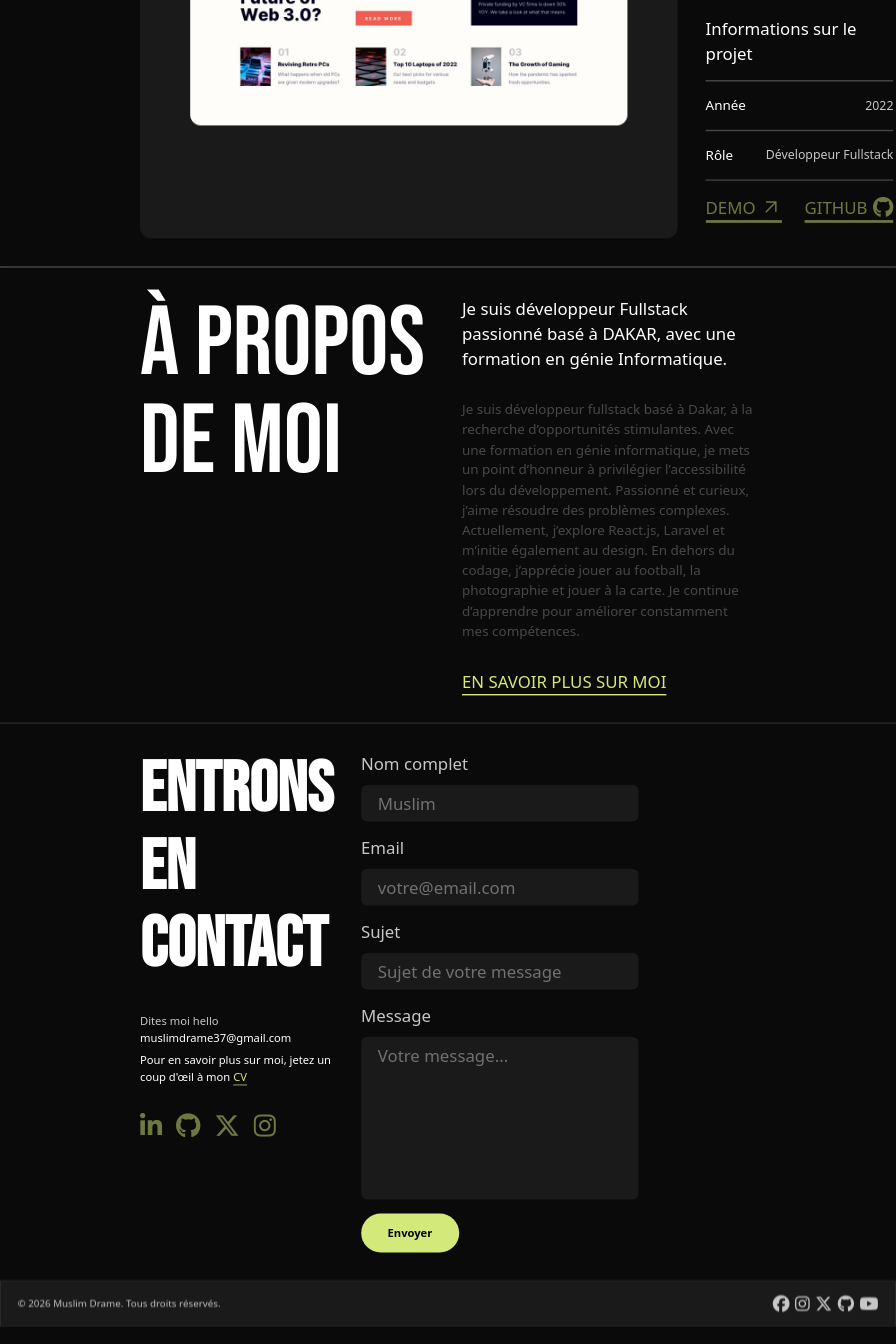
Repository: muslimdrame37-oss/Portfolio1
Page: src/index.html
The author's editor kept a copy of each file at every save. The page is drawn from the files as they stood at one save, then again after the next save.
The browser window is 1280 px wide. The pictures show the part of the page from y = 2998 to 4918 px (the page is 4918 px tall), at 70% of full size.
Some web fonts or font styles are not loaded; a fallback is used. Some web libraries are served in a nearby version.

Above is the page before, as saved 2026-02-11 16:24:30.

### src/index.html
<!doctype html>
<html lang="fr">
<head>
    <meta charset="UTF-8">
    <meta name="viewport" content="width=device-width, initial-scale=1.0">
    <meta name="description" content="Portfolio de Muslim Drame - Développeur Fullstack basé à Dakar">
    <title>Muslim Drame - Développeur Fullstack</title>

    <!-- Fonts -->
    <link rel="stylesheet" href="https://fonts.googleapis.com/css2?family=Bebas+Neue&display=swap">
    <link rel="stylesheet" href="https://fonts.googleapis.com/css2?family=Material+Symbols+Outlined:opsz,wght,FILL,GRAD@20..48,100..700,0..1,-50..200&icon_names=arrow_outward">

    <!-- Styles -->
    <link href="./output.css" rel="stylesheet">

    <!-- Icons -->
    <script src="https://kit.fontawesome.com/31ee52f68e.js" crossorigin="anonymous"></script>
</head>

<body class="bg-[#0A0A0A]">
    <!-- ========== HEADER ========== -->
    <header class="flex items-center justify-between py-4 px-5 lg:px-20">
        <h1 class="text-[#C7C7C7] text-[2rem] lg:text-4xl font-bebas">MUSLIM DRAME</h1>

        <!-- Navigation Desktop -->
        <nav class="hidden lg:flex justify-between py-8 text-[#C7C7C7] text-[1.2rem]" aria-label="Navigation principale">
            <ul class="flex gap-10">
                <li><a href="index.html" class="hover:text-[#D3E97A] transition-colors">Projets</a></li>
                <li><a href="a_propos.html" class="hover:text-[#D3E97A] transition-colors">À propos</a></li>
                <li><a href="#contact" class="hover:text-[#D3E97A] transition-colors">Contact</a></li>
            </ul>
        </nav>

        <!-- Menu Mobile -->
        <button class="lg:hidden" aria-label="Menu mobile">
            <svg xmlns="http://www.w3.org/2000/svg" height="40px" viewBox="0 -960 960 960" width="40px" fill="#484848">
                <path d="M120-680v-80h720v80H120Zm0 480v-80h720v80H120Zm0-240v-80h720v80H120Z"/>
            </svg>
        </button>
    </header>

    <!-- ========== MAIN CONTENT ========== -->
    <main>

        <!-- ========== SECTION HERO ========== -->
        <section class="px-5 mt-20 flex flex-col justify-between gap-10 lg:flex-row lg:px-50" aria-label="Section d'accueil">
            <!-- Contenu texte -->
            <div class="flex flex-col gap-5 justify-center lg:w-1/2">
                <h2 class="text-white text-[3rem] lg:text-[6rem] lg:font-bold lg:leading-30 leading-15 font-bebas">HI, I AM<br>MUSLIM DRAME</h2>
                <p class="text-1xl text-[#C7C7C7] lg:text-2xl">
                    Un développeur fullstack basé à Dakar, passionné par la création de sites web accessibles et conviviaux.
                </p>

                <!-- Boutons d'action -->
                <div class="flex gap-3 items-center">
                    <!-- Bouton Contact -->
                    <a href="#contact" class="bg-[#D3E97A] flex justify-between items-center pl-2 text-black font-bold text-[1rem] rounded-[100px] gap-1 lg:gap-3 py-2 lg:py-4 lg:text-[1.5rem] lg:pl-4 hover:bg-[#c5db6f] transition-colors">
                        CONTACTEZ-MOI
                        <span class="w-11 h-10 flex items-center justify-center">
                            <span class="bg-black w-4 h-4 rounded-full lg:w-7 lg:h-7"></span>
                        </span>
                    </a>

                    <!-- Réseaux sociaux -->
                    <a href="#" class="w-10 h-10 rounded-full bg-[#222222] flex justify-center items-center lg:w-15 lg:h-15 hover:bg-[#333333] transition-colors" aria-label="LinkedIn">
                        <i class="fa-brands fa-linkedin-in text-[#D3E97A] text-2xl lg:text-4xl animate-pulse"></i>
                    </a>
                    <a href="#" class="w-10 h-10 rounded-full bg-[#222222] flex justify-center items-center lg:w-15 lg:h-15 hover:bg-[#333333] transition-colors" aria-label="GitHub">
                        <i class="fa-brands fa-github text-2xl lg:text-4xl text-[#D3E97A] animate-pulse"></i>
                    </a>
                </div>
            </div>

            <!-- Image hero -->
            <div class="bg-[#C7C7C7] rounded-2xl overflow-hidden">
                <img src="image/image1.png" alt="Portrait de Muslim Drame" width="880" class="w-full h-auto">
            </div>
        </section>

        <!-- Séparateur -->
        <hr class="border-[#484848] border-t mt-20">

        <!-- ========== SECTION PROJETS ========== -->

        <section class="flex flex-col px-8 mt-20 lg:px-50">
            <div class="flex flex-col gap-2">
                <h2 class="text-4xl text-white font-extrabold font-bebas lg:text-8xl">PROJETS MIS EN AVANT</h2>
                <p class="text-2xl text-[#C7C7C7] leading-5">Voici une sélection de projets qui illustrent ma passion pour le développement fullstack.</p>
            </div>
            <div class="flex flex-col lg:flex-row gap-10 mt-10 lg:w-[1,224px] justify-center items-center">
                <div>
                    <img src="image/image2.png" alt="" class="w-4xl">
                </div>
                <!-- INFORMATION -->
                <!-- TITRE ET DESCCRIPTION -->
                <div class=" lg:w-200 flex flex-col gap-5 ">
                    <div class="flex flex-col gap-5">
                        <h2 class="text-white text-[2rem] leading-9">Page de destination promotionnelle pour notre émission préférée</h2>
                        <p class="text-[#C7C7C7] leading-7 text-[1.2rem]">J’ai collaboré avec un designer pour donner vie à une page web promotionnelle dédiée à notre série préférée, Adventure Time. J’ai livré un design entièrement responsive avec des contenus dynamiques, intégrant de manière fluide une fonctionnalité d’abonnement à la newsletter afin de tenir les fans informés des dernières aventures.</p>
                    </div>
                    <!-- INFORMATION SUR LE PROJET -->
                    <div class=" flex flex-col gap-5">
                        <h3 class="text-white text-[1.5rem]">Informations sur le projet</h3>
                        <div class="flex flex-col gap-5">
                            <div class="w-full border-[#484848] border"></div>

                            <div class="flex justify-between">
                                <p class="text-white text-[1.2rem]">Année</p>
                                <p class="text-white text-[1.1rem]">2023</p>
                            </div>

                            <div class="w-full border-[#484848] border"></div>

                            <div class="flex justify-between">
                                <p class="text-white text-[1.2rem]">Rôle</p>
                                <p class="text-white text-[1.1rem]">Développeur Fullstack</p>
                            </div>

                            <div class="w-full border-[#484848] border"></div>

                        </div>
                    </div>

                    <!-- LIEN DEMO & GITHUB -->

                    <div class="flex gap-8">
                        <a href="#">
                            <div class="animate-pulse">
                            <div class="flex items-center gap-2 ">
                                <p class="text-[#D3E97A] text-[1.5rem]">DEMO</p>
                                <svg xmlns="http://www.w3.org/2000/svg" height="30px" viewBox="0 -960 960 960" width="30px" fill="#D3E97A"><path d="M246.67-244 200-290.67l402.67-402.66H236V-760h480v480h-66.67v-366.67L246.67-244Z"/></svg>
                            </div>
                            <div class="w-full border-[#D3E97A] border-2"></div>
                        </div>
                        </a>
                        <a href="#">
                            <div class="animate-pulse">
                            <div class="flex items-center gap-2">
                                <p class="text-[#D3E97A] text-[1.5rem]">GITHUB</p>
                                <i class="fa-brands fa-github text-3xl text-[#D3E97A]"></i>
                            </div>
                            <div class="w-full border-[#D3E97A] border-2"></div>
                        </div>
                        </a>

                    </div>
                </div>
            </div>
        </section>

        <!-- PROJET 2 -->

        <section class="flex flex-col px-8 mt-20 gap-8 lg:gap-10 lg:flex-row lg:px-50 items-center">
            <div>
                <img src="image/image3.png" alt="" class="w-4xl">
            </div>
            <div class="lg:w-200 flex flex-col gap-5">
                <div class="flex flex-col gap-5">
                    <h2 class="text-white text-[1.5rem]">Blog pour l’actualité mondiale</h2>
                    <p class="text-[#C7C7C7] text-[1.2rem] leading-7">J'ai maîtrisé les complexités de CSS Grid pour créer une page d'accueil innovante pour un site d'actualités, en prenant des décisions de design complexes afin d'assurer une expérience utilisateur fluide. Ce projet m'a permis de renforcer mes compétences en développement fullstack.</p>
                </div>
                <div class="flex flex-col gap-8">
                    <div class="text-[1.5rem] text-white ">Informations sur le projet</div>
                    <div class="flex flex-col gap-4">
                        <div class="w-full border-[#484848] border "></div>
                        <div class="flex justify-between">
                            <p class="text-white text-[1.2rem]">Client</p>
                            <p class="text-[#C7C7C7] text-[1.1rem]">World News</p>
                        </div>
                        <div class="w-full border-[#484848] border "></div>
                        <div class="flex justify-between">
                            <p class="text-white text-[1.2rem]">Année</p>
                            <p class="text-[#C7C7C7] text-[1.1rem]">2022</p>
                        </div>
                        <div class="w-full border-[#484848] border "></div>
                        <div class="flex justify-between">
                            <p class="text-white text-[1.5rem]">Rôle</p>
                            <p class="text-[#C7C7C7] text-[1.5rem]">Développeur Fullstack</p>
                        </div>
                        <div class="w-full border-[#484848] border "></div>
                    </div>
                </div>
                <a href="#">
                    <div class="flex flex-col animate-pulse">
                    <div class="flex items-center gap-2">
                        <p class="text-[#D3E97A] text-[1.5rem]">DEMO</p>
                        <svg xmlns="http://www.w3.org/2000/svg" height="30px" viewBox="0 -960 960 960" width="30px" fill="#D3E97A"><path d="M246.67-244 200-290.67l402.67-402.66H236V-760h480v480h-66.67v-366.67L246.67-244Z"/></svg>
                    </div>
                    <div class="w-25 border-[#D3E97A] border-2"></div>
                </div>
                </a>
            </div>
        </section>

        <!-- PROJET 3 -->

        <section class="mt-20 flex flex-col px-8 gap-8 lg:gap-10 lg:flex-row lg:px-50 items-center">
            <img src="image/image3.png" alt="" class="w-3xl">
            <div class="lg:w-200 flex flex-col gap-5">
                <div class="flex flex-col gap-5">
                    <h2 class="text-white text-[2rem]">Page produit pour site e-commerce</h2>
                    <p class="text-[#C7C7C7] text-[1.2rem] leading-8 ">J’ai conçu avec succès une page produit attrayante, intégrant une galerie dynamique en lightbox et un panier fonctionnel fluide, démontrant ma maîtrise du développement en JavaScript.</p>
                </div>
                <div class="flex flex-col gap-5">
                    <div class="text-[1.5rem] text-white lg:mt-5 ">Informations sur le projet</div>
                    <div class="flex flex-col gap-5">
                        <div class="w-full border-[#484848] border "></div>
                        <div class="flex justify-between">
                            <p class="text-white text-[1.2rem]">Année</p>
                            <p class="text-[#C7C7C7] text-[1.1rem]">2022</p>
                        </div>
                        <div class="w-full border-[#484848] border "></div>
                        <div class="flex justify-between">
                            <p class="text-white text-[1.2rem]">Rôle</p>
                            <p class="text-[#C7C7C7] text-[1.1rem]">Développeur Fullstack</p>
                        </div>
                        <div class="w-full border-[#484848] border "></div>
                    </div>
                </div>
                <!-- LIEN DÉMO & GITHUB -->
                <div class="flex gap-8 items-center">
                    <a href="#">
                        <div class="animate-pulse">
                        <div class="flex items-center gap-2">
                            <p class="text-[#D3E97A] text-[1.5rem]">DEMO</p>
                            <svg xmlns="http://www.w3.org/2000/svg" height="30px" viewBox="0 -960 960 960" width="30px" fill="#D3E97A"><path d="M246.67-244 200-290.67l402.67-402.66H236V-760h480v480h-66.67v-366.67L246.67-244Z"/></svg>
                    </div>
                    <div class="w-full border-[#D3E97A] border-2"></div>
                    </div>
                    </a>
                    <a href="#">
                        <div class="animate-pulse">
                        <div class="flex items-center gap-2">
                            <p class="text-[#D3E97A] text-[1.5rem]">GITHUB</p>
                            <i class="fa-brands fa-github text-3xl text-[#D3E97A]"></i>
                        </div>
                        <div class="w-full border-[#D3E97A] border-2"></div>
                    </div>
                    </a>
                </div>
            </div>
        </section>

        <!-- À PROPOS DE MOI -->
        <div class="w-full border-[#484848] border my-10"></div>

        <section class=" flex flex-col px-8 gap-5 lg:flex-row lg:gap-10 lg:px-50 justify-between">
            <div class="text-6xl text-white  lg:w-200 lg:text-[140px] font-bebas">À PROPOS DE MOI</div>
            <div class="lg:w-200">
                <div class="flex flex-col gap-10 ">
                    <p class="text-white text-[1.5rem] ">Je suis développeur Fullstack passionné basé à DAKAR, avec une formation en génie Informatique.</p>
                    <div class="text-[#484848] text-[1.2rem]">Je suis développeur fullstack basé à Dakar, à la recherche d’opportunités stimulantes. Avec une formation en génie informatique, je mets un point d’honneur à privilégier l’accessibilité lors du développement. Passionné et curieux, j’aime résoudre des problèmes complexes.
                    Actuellement, j’explore React.js, Laravel et m’initie également au design. En dehors du codage, j’apprécie jouer au football, la photographie et jouer à la carte. Je continue d’apprendre pour améliorer constamment mes compétences.</div>
                    <a href="a_propos.html" class="text-[#D3E97A] text-[1.5rem] underline underline-offset-8 hover:text-[#c5db6f] transition-colors">EN SAVOIR PLUS SUR MOI</a>
                </div>
            </div>
        </section>

        <hr class="border-[#484848] border-t my-10">

        <!-- ========== SECTION CONTACT ========== -->

        <section id="contact" class="flex flex-col px-8 mb-10 lg:px-50 lg:gap-10 lg:flex-row lg:w-1/2" aria-label="Formulaire de contact">
            <!-- Informations de contact -->
            <div class="flex flex-col gap-10 lg:w-200">
                <h2 class="lg:text-[100px] text-white font-bold text-4xl font-bebas">ENTRONS EN CONTACT</h2>
                <div class="flex flex-col gap-2">
                    <p class="text-[#C7C7C7] text-[1rem]">
                        Dites moi hello <a href="mailto:muslimdrame37@gmail.com" class="text-white hover:text-[#D3E97A] transition-colors">muslimdrame37@gmail.com</a>
                    </p>
                    <p class="text-white text-[1rem]">Pour en savoir plus sur moi, jetez un coup d'œil à mon <a href="#" class="text-[#D3E97A] underline underline-offset-5 hover:text-[#c5db6f] transition-colors">CV</a></p>
                </div>
                <!-- Réseaux sociaux -->
                <nav class="flex gap-5" aria-label="Réseaux sociaux">
                    <a href="#" aria-label="LinkedIn" class="hover:scale-110 transition-transform">
                        <i class="fa-brands fa-linkedin-in text-[#D3E97A] text-4xl animate-pulse"></i>
                    </a>
                    <a href="#" aria-label="GitHub" class="hover:scale-110 transition-transform">
                        <i class="fa-brands fa-github text-[#D3E97A] text-4xl animate-pulse"></i>
                    </a>
                    <a href="#" aria-label="Twitter" class="hover:scale-110 transition-transform">
                        <i class="fa-brands fa-x-twitter text-[#D3E97A] text-4xl animate-pulse"></i>
                    </a>
                    <a href="#" aria-label="Instagram" class="hover:scale-110 transition-transform">
                        <i class="fa-brands fa-instagram text-[#D3E97A] text-4xl animate-pulse"></i>
                    </a>
                </nav>
            </div>


            <form action="" method="POST" class="flex flex-col gap-5 mt-10 lg:mt-0 w-full lg:w-200">
                <div class="flex flex-col gap-3">
                    <label for="name" class="text-[#C7C7C7] text-[1.5rem]">Nom complet</label>
                    <input class="text-[#C7C7C7] bg-[#1A1A1A] px-6 py-2 rounded-lg text-[1.5rem] focus:outline-none focus:ring-2 focus:ring-[#D3E97A] transition-all" type="text" name="name" placeholder="Muslim" id="name" required>
                </div>
                <div class="flex flex-col gap-3">
                    <label for="email" class="text-[#C7C7C7] text-[1.5rem]">Email</label>
                    <input class="text-[#C7C7C7] bg-[#1A1A1A] px-6 py-2 rounded-lg text-[1.5rem] focus:outline-none focus:ring-2 focus:ring-[#D3E97A] transition-all" type="email" name="email" placeholder="votre@email.com" id="email" required>
                </div>
                <div class="flex flex-col gap-3">
                    <label for="sujet" class="text-[#C7C7C7] text-[1.5rem]">Sujet</label>
                    <input class="text-[#C7C7C7] bg-[#1A1A1A] px-6 py-2 rounded-lg text-[1.5rem] focus:outline-none focus:ring-2 focus:ring-[#D3E97A] transition-all" type="text" name="sujet" placeholder="Sujet de votre message" id="sujet" required>
                </div>
                <div class="flex flex-col gap-3">
                    <label for="message" class="text-[#C7C7C7] text-[1.5rem]">Message</label>
                    <textarea name="message" id="message" rows="6" placeholder="Votre message..." class="text-[#C7C7C7] bg-[#1A1A1A] px-6 py-2 rounded-lg text-[1.5rem] resize-none focus:outline-none focus:ring-2 focus:ring-[#D3E97A] transition-all" required></textarea>
                </div>
                <button type="submit" class="text-black bg-[#D3E97A] py-2 lg:py-4 text-[1rem] font-bold rounded-[100px] w-35 hover:bg-[#c5db6f] transition-colors cursor-pointer">Envoyer</button>
            </form>
        </section>
    </main>

    <!-- ========== FOOTER ========== -->
    <footer class="w-full pb-6">
        <div class="mx-auto flex flex-col lg:flex-row gap-2 lg:gap-8 items-center justify-between border border-white/10 bg-[#1A1A1A] px-6 py-4 text-sm text-[#C7C7C7] backdrop-blur-md">
            <!-- Copyright -->
            <p>© 2026 Muslim Drame. Tous droits réservés.</p>

            <!-- Réseaux sociaux -->
            <nav class="flex items-center gap-2 text-2xl" aria-label="Réseaux sociaux footer">
                <a href="#" class="hover:text-white transition-colors" aria-label="Facebook">
                    <i class="fa-brands fa-facebook"></i>
                </a>
                <a href="#" class="hover:text-white transition-colors" aria-label="Instagram">
                    <i class="fa-brands fa-instagram"></i>
                </a>
                <a href="#" class="hover:text-white transition-colors" aria-label="Twitter">
                    <i class="fa-brands fa-x-twitter"></i>
                </a>
                <a href="#" class="hover:text-white transition-colors" aria-label="GitHub">
                    <i class="fa-brands fa-github"></i>
                </a>
                <a href="#" class="hover:text-white transition-colors" aria-label="YouTube">
                    <i class="fa-brands fa-youtube"></i>
                </a>
            </nav>
        </div>
    </footer>

</body>
</html>

Loaded but not shown: src/output.css (2242 lines, source omitted)

After the next save:
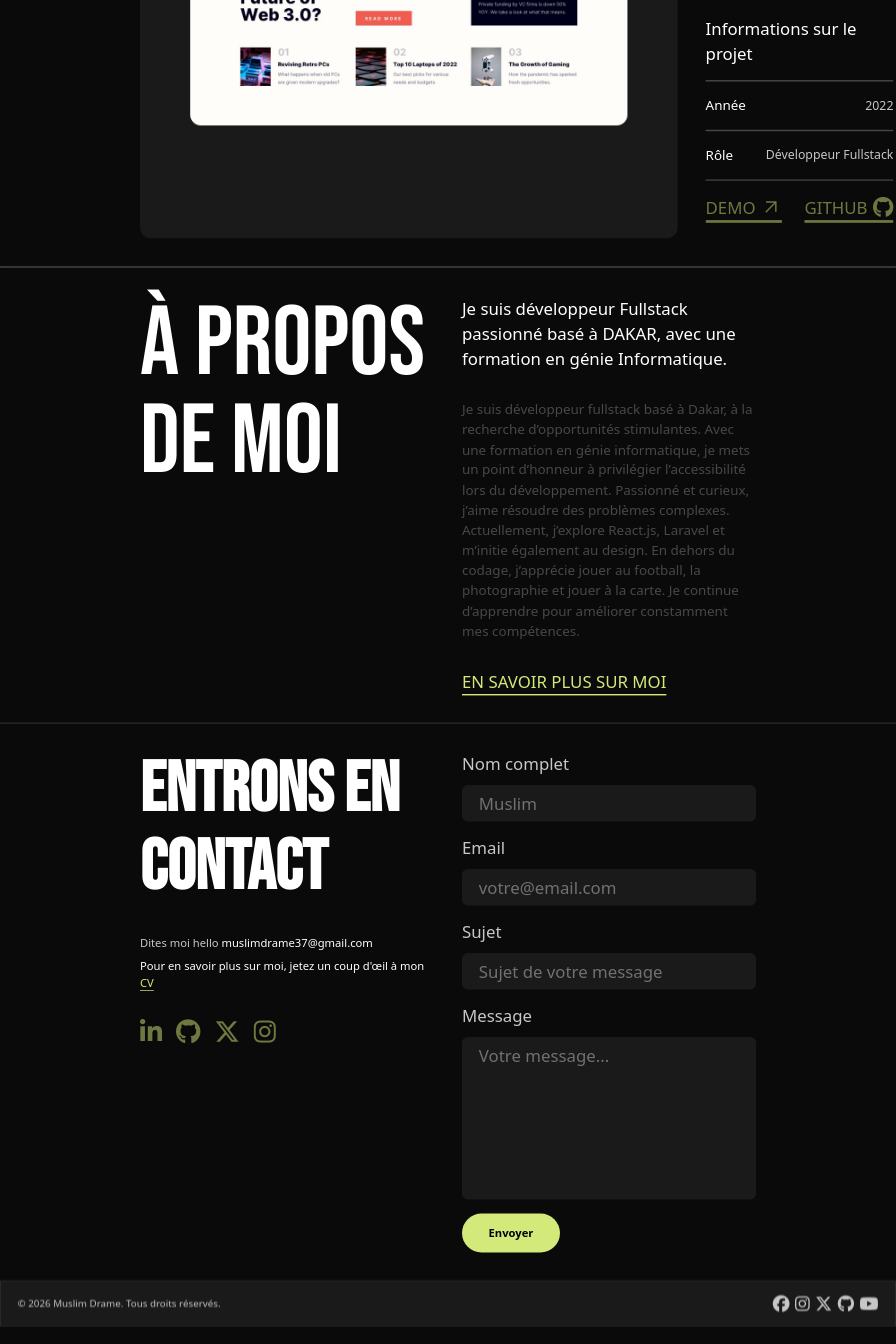
Saved 7 s later.
--- a/src/index.html
+++ b/src/index.html
@@ -260,7 +260,7 @@
 
         <!-- ========== SECTION CONTACT ========== -->
 
-        <section id="contact" class="flex flex-col px-8 mb-10 lg:px-50 lg:gap-10 lg:flex-row lg:w-1/2" aria-label="Formulaire de contact">
+        <section id="contact" class="flex flex-col px-8 mb-10 lg:px-50 lg:gap-10 lg:flex-row" aria-label="Formulaire de contact">
             <!-- Informations de contact -->
             <div class="flex flex-col gap-10 lg:w-200">
                 <h2 class="lg:text-[100px] text-white font-bold text-4xl font-bebas">ENTRONS EN CONTACT</h2>
